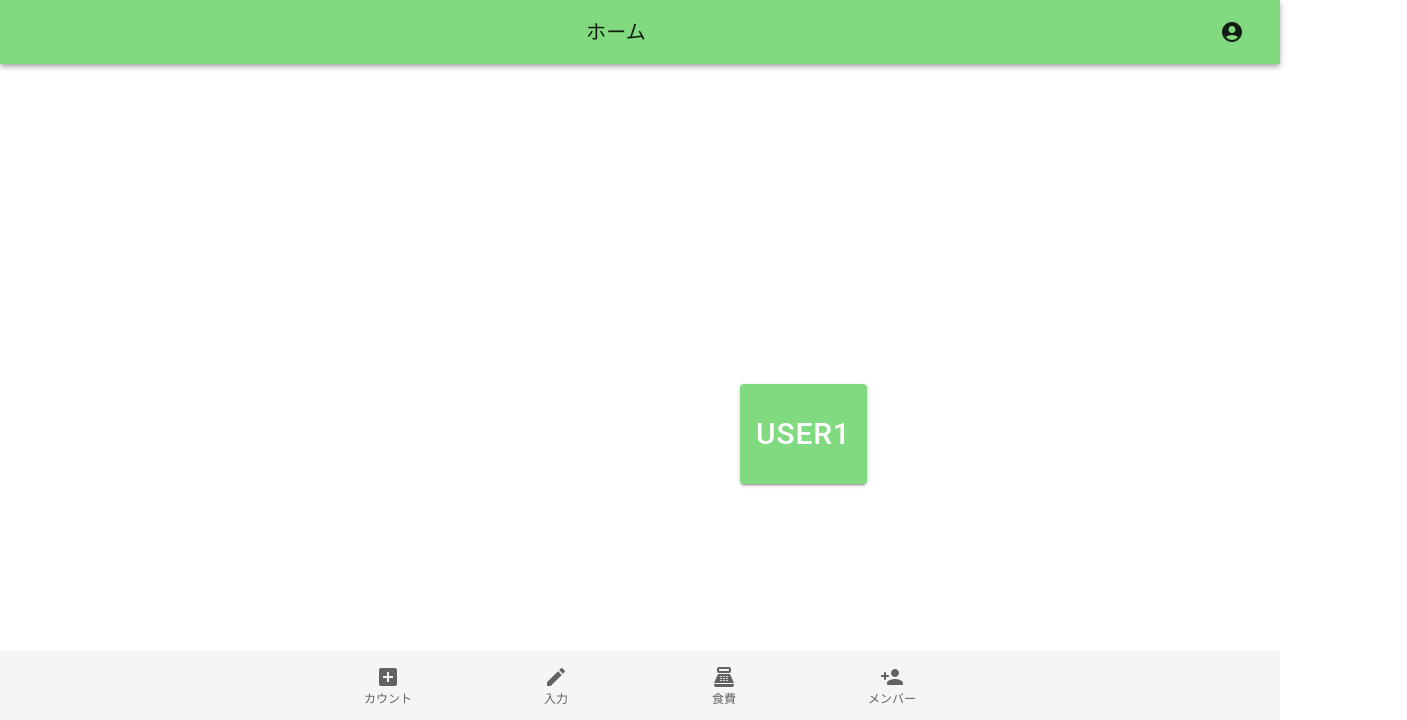
Repository: motohiro0410/motsufood
Page: /noteatingcount (app in frontend/)
An editor plug-in stored every save of this project. The page is shown before and after the next save, followed by the edit.
The browser window is 1280 px wide. The page is 1407 px wide, then 1280 px, so the pictures cover 1407 px, including what lies to the right of the window. The pictures show the whole page.
The project was rebuilt for these pictures with package versions that can differ from the ones it lists, and the page was loaded fresh each time. Also part of the build but not shown: frontend/src/App.css, frontend/src/components/pages/Login.tsx, frontend/src/components/pages/Money.tsx, frontend/src/components/organisms/GroupHeader.tsx, frontend/src/components/pages/Group.tsx, frontend/src/components/organisms/SignInHeader.tsx, frontend/src/components/pages/SignIn.tsx, frontend/src/components/pages/Page404.tsx and 1 more.

Above is the page before, as saved 2022-08-11 16:15:09.

After the next save:
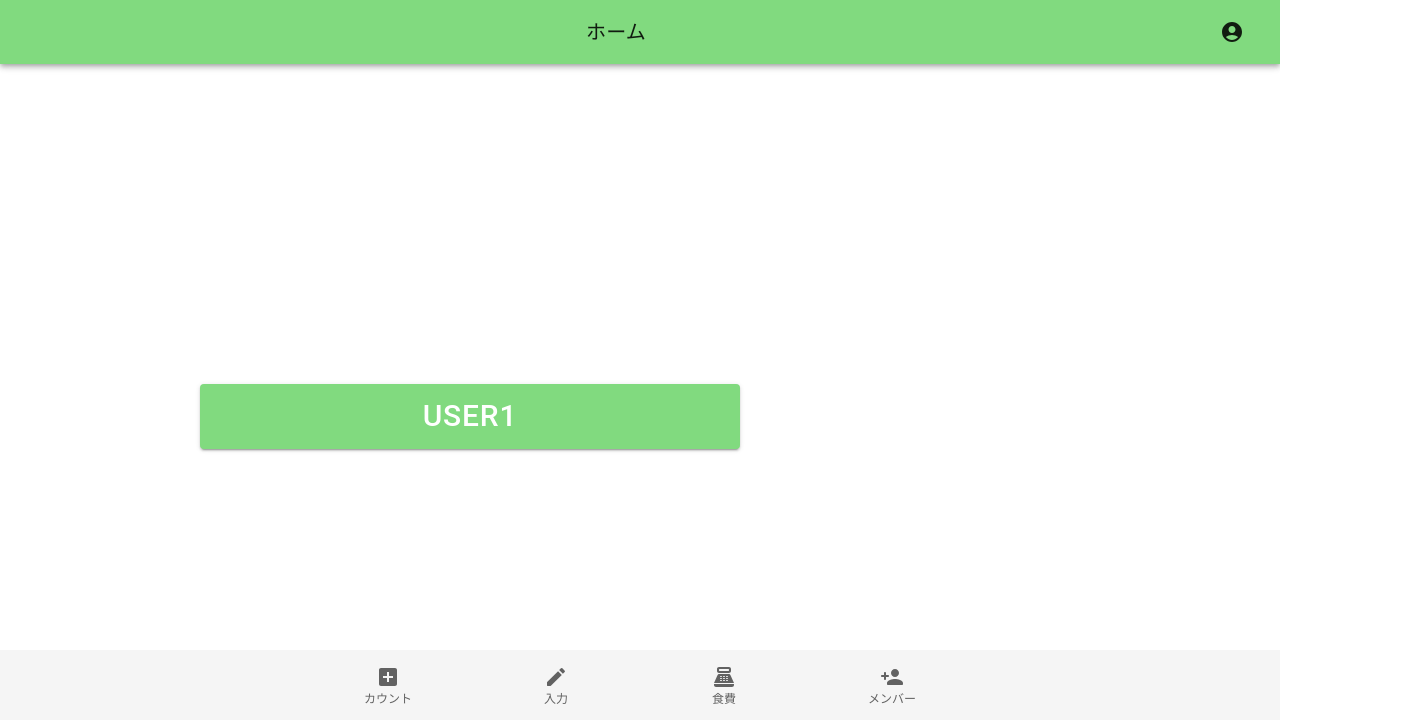
Saved 23 s later.
--- a/frontend/src/components/pages/notEatingCount.tsx
+++ b/frontend/src/components/pages/notEatingCount.tsx
@@ -19,7 +19,7 @@ export const NotEatingCount: FC = memo(() => {
       <MainHeader title={contexts[0].title} handleOpen={handleOpen} />
         <Grid  alignItems="center" sx={{ mt: 40, ml: 25 }} >
           <Grid item>
-            <Button variant="contained" sx={{ bgcolor: '#81da7f', color: "white", fontSize: '30px', mx: "50%", height: 100 }}>user1</Button>
+            <Button variant="contained" sx={{ bgcolor: '#81da7f', color: "white", fontSize: '30px', width: "50%", height: "50%" }}>user1</Button>
           </Grid>
         </Grid>
       <Footer />
